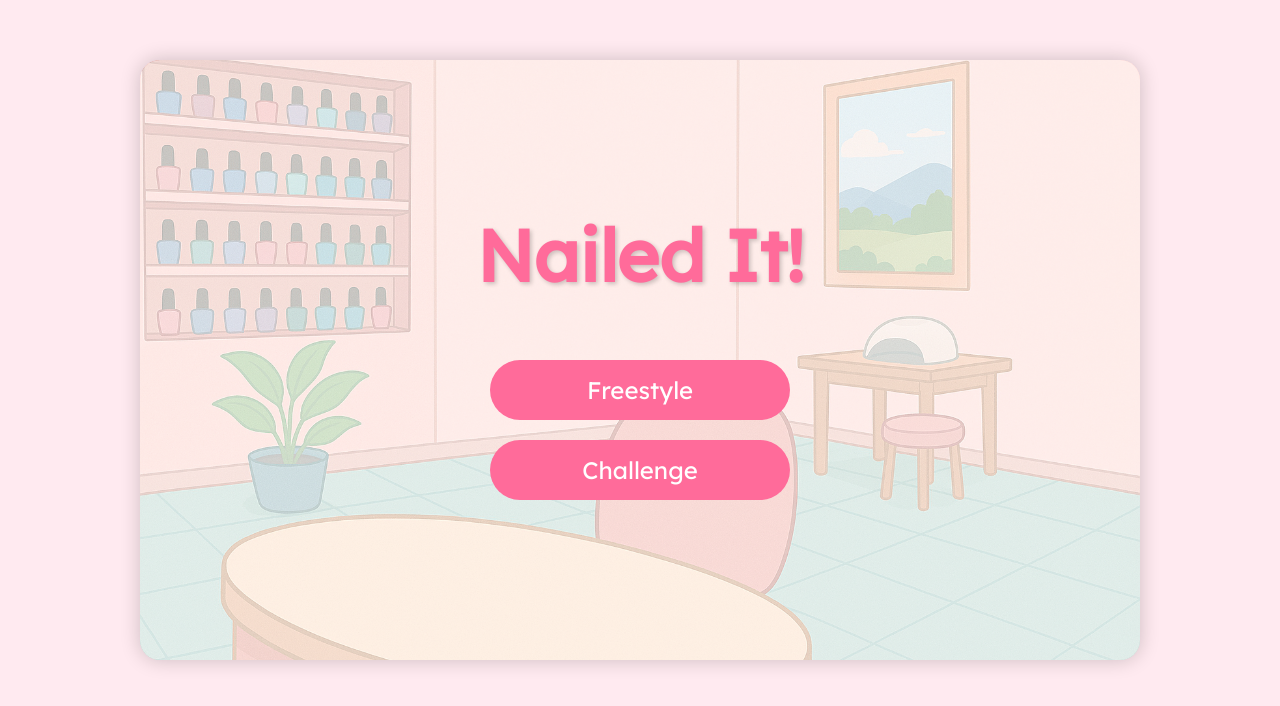
Repository: primcharlin/nailedit
Page: index.html
An editor plug-in stored every save of this project. The page is shown before and after the next save, followed by the edit.
The browser window is 1280 px wide. The pictures show the whole page.

Above is the page before, as saved 2025-04-24 21:11:19.

### index.html
<!DOCTYPE html>
<html lang="en">
    <head>
        <meta charset="UTF-8" />
        <meta
            name="viewport"
            content="width=device-width, initial-scale=1.0" />
        <title>Nail Salon Game</title>
        <link
            rel="stylesheet"
            href="styles.css" />
        <link
            href="https://fonts.googleapis.com/css2?family=Lexend&display=swap"
            rel="stylesheet" />
    </head>
    <body>
        <div id="game-container">
            <!-- Main Menu -->
            <div
                id="main-menu"
                class="menu">
                <h1>Nailed It!</h1>
                <button id="freestyle-button">Freestyle</button>
                <button id="challenge-button">Challenge</button>
            </div>

            <div
                id="character-selection"
                class="menu"
                style="display: none">
                <h1>Choose Your Character</h1>
                <div class="character-grid">
                    <div
                        class="character-option"
                        data-character="1">
                        <img
                            src="images/character1.png"
                            alt="Character 1" />
                        <p>Emma</p>
                    </div>
                    <div
                        class="character-option"
                        data-character="2">
                        <img
                            src="images/character2.png"
                            alt="Character 2" />
                        <p>Sophia</p>
                    </div>
                    <div
                        class="character-option"
                        data-character="3">
                        <img
                            src="images/character3.png"
                            alt="Character 3" />
                        <p>Olivia</p>
                    </div>
                </div>
                <button id="back-to-mode">Back</button>
            </div>

            <!-- Game Area -->
            <div
                id="game-area"
                class="game-area"
                style="display: none">
                <!-- Tools Panel will be created dynamically -->
                <div id="tools-panel"></div>

                <div id="hand">
                    <div
                        class="nail"
                        id="nail-1"></div>
                    <div
                        class="nail"
                        id="nail-2"></div>
                    <div
                        class="nail"
                        id="nail-3"></div>
                    <div
                        class="nail"
                        id="nail-4"></div>
                    <div
                        class="nail"
                        id="nail-5"></div>
                </div>

                <!-- Challenge Mode UI -->
                <div id="challenge-ui">
                    <h2>Reference Design</h2>
                    <div id="reference-image">
                        <div
                            class="reference-nail"
                            id="ref-nail-1"></div>
                        <div
                            class="reference-nail"
                            id="ref-nail-2"></div>
                        <div
                            class="reference-nail"
                            id="ref-nail-3"></div>
                        <div
                            class="reference-nail"
                            id="ref-nail-4"></div>
                        <div
                            class="reference-nail"
                            id="ref-nail-5"></div>
                    </div>
                    <div id="timer">60</div>
                </div>

                <!-- Controls -->
                <div id="controls">
                    <button
                        class="control-button"
                        id="reset-button">
                        Reset
                    </button>
                    <button
                        class="control-button"
                        id="back-button">
                        Main Menu
                    </button>
                    <button
                        class="control-button"
                        id="done-button">
                        Done
                    </button>
                </div>
            </div>

            <!-- Result Modal -->
            <div id="result-modal">
                <h2 id="result-title">Challenge Complete!</h2>
                <p id="result-message">You scored 85% match. Great job!</p>
                <div id="result-buttons">
                    <button
                        class="control-button"
                        id="try-again-button">
                        Try Again
                    </button>
                    <button
                        class="control-button"
                        id="menu-button">
                        Main Menu
                    </button>
                </div>
            </div>
        </div>

        <script src="script.js"></script>
    </body>
</html>

### styles.css
* {
    margin: 0;
    padding: 0;
    box-sizing: border-box;
    font-family: "Lexend", sans-serif;
}

body {
    background-color: #ffeaf0;
    display: flex;
    justify-content: center;
    align-items: center;
    min-height: 100vh;
    overflow: hidden;
}

h1 {
    font-family: "Lexend", sans-serif;
}

#game-container {
    width: 1000px;
    height: 600px;
    position: relative;
    background-image: url("img/background.png");
    background-size: cover;
    background-position: center;
    box-shadow: 0 0 20px rgba(0, 0, 0, 0.2);
    overflow: hidden;
    border-radius: 20px;
}

/* Main Menu */
#main-menu {
    position: absolute;
    width: 100%;
    height: 100%;
    display: flex;
    flex-direction: column;
    justify-content: center;
    align-items: center;
    background-color: rgba(255, 255, 255, 0.7);
    z-index: 100;
}

#main-menu h1 {
    font-size: 72px;
    color: #ff6b9a;
    margin-bottom: 50px;
    text-shadow: 2px 2px 4px rgba(0, 0, 0, 0.2);
}

#main-menu button {
    background-color: #ff6b9a;
    color: white;
    border: none;
    padding: 15px 30px;
    margin: 10px;
    font-size: 24px;
    border-radius: 30px;
    cursor: pointer;
    transition: all 0.3s ease;
    width: 300px;
}

#main-menu button:hover {
    background-color: #ff4d85;
    transform: scale(1.05);
}

/* Character Selection */
#character-selection {
    position: absolute;
    width: 100%;
    height: 100%;
    display: flex;
    flex-direction: column;
    justify-content: center;
    align-items: center;
    background-color: rgba(255, 234, 240, 0.8);
    z-index: 100;
}

#character-selection h1 {
    font-size: 48px;
    color: #ff6b9a;
    margin-bottom: 30px;
    text-shadow: 2px 2px 4px rgba(0, 0, 0, 0.2);
}

/* Game Area */
#game-area {
    display: none;
    width: 100%;
    height: 100%;
    position: relative;
}

/* Horizontal Tools Panel */
.horizontal-tools-panel {
    position: absolute;
    top: 20px;
    left: 50%;
    transform: translateX(-50%);
    width: 90%;
    background-color: white;
    border-radius: 20px;
    padding: 15px;
    box-shadow: 0 0 15px rgba(0, 0, 0, 0.1);
    z-index: 10;
}

.category-bar {
    display: flex;
    justify-content: space-between;
    align-items: center;
}

.category-button {
    display: flex;
    flex-direction: column;
    align-items: center;
    padding: 10px;
    border-radius: 10px;
    cursor: pointer;
    transition: all 0.2s ease;
}

.category-button:hover {
    background-color: #ffdee7;
}

.category-button.active {
    background-color: #ffb8cb;
}

.category-icon {
    margin-bottom: 5px;
}

.category-name {
    font-size: 14px;
    text-align: center;
}

.options-container {
    display: none;
    margin-top: 15px;
    padding-top: 15px;
    border-top: 1px solid #eee;
    justify-content: space-between;
}

.option-item {
    width: 60px;
    height: 60px;
    display: flex;
    align-items: center;
    justify-content: center;
    border-radius: 10px;
    cursor: pointer;
    transition: all 0.2s ease;
    margin: 0 5px;
}

.option-item:hover {
    transform: scale(1.1);
}

.option-item.selected {
    border: 3px solid #ff6b9a;
}

.color-preview {
    width: 45px;
    height: 45px;
    border-radius: 50%;
}

.deco-preview {
    width: 45px;
    height: 45px;
    background-size: contain;
    background-repeat: no-repeat;
    background-position: center;
}

/* Hand area */
#hand {
    position: absolute;
    bottom: 60px;
    left: 50%;
    transform: translateX(-50%);
    width: 600px;
    height: 300px;
    background-color: #ffebe7;
    border-radius: 200px 200px 0 0;
}

.nail {
    position: absolute;
    width: 60px;
    height: 90px;
    background-color: #ffdee7;
    border-radius: 30px 30px 0 0;
    cursor: pointer;
    z-index: 5;
    transition: all 0.2s ease;
}

.nail:hover {
    transform: translateY(-5px);
}

#nail-1 {
    bottom: 50px;
    left: 120px;
    transform: rotate(-15deg);
}
#nail-2 {
    bottom: 70px;
    left: 210px;
    transform: rotate(-7deg);
}
#nail-3 {
    bottom: 80px;
    left: 300px;
}
#nail-4 {
    bottom: 70px;
    left: 390px;
    transform: rotate(7deg);
}
#nail-5 {
    bottom: 50px;
    left: 480px;
    transform: rotate(15deg);
}

/* Decoration classes */
.glitter-gold {
    background-image: radial-gradient(circle, #ffdc73 10%, transparent 10%),
        radial-gradient(circle, #ffdc73 10%, transparent 10%);
    background-color: gold;
    background-size: 10px 10px;
    background-position: 0 0, 5px 5px;
}
.glitter-silver {
    background-image: radial-gradient(circle, #ffffff 10%, transparent 10%),
        radial-gradient(circle, #ffffff 10%, transparent 10%);
    background-color: silver;
    background-size: 10px 10px;
    background-position: 0 0, 5px 5px;
}
.glitter-rainbow {
    background-image: linear-gradient(
        45deg,
        red,
        orange,
        yellow,
        green,
        blue,
        indigo,
        violet
    );
}
.glitter-blue {
    background-image: radial-gradient(circle, #ffffff 10%, transparent 10%),
        radial-gradient(circle, #ffffff 10%, transparent 10%);
    background-color: #00ffff;
    background-size: 10px 10px;
    background-position: 0 0, 5px 5px;
}
.glitter-pink {
    background-image: radial-gradient(circle, #ffffff 10%, transparent 10%),
        radial-gradient(circle, #ffffff 10%, transparent 10%);
    background-color: #ff69b4;
    background-size: 10px 10px;
    background-position: 0 0, 5px 5px;
}

.pattern-stripes {
    background-image: repeating-linear-gradient(
        45deg,
        transparent,
        transparent 10px,
        #ff6b9a 10px,
        #ff6b9a 20px
    );
}
.pattern-dots {
    background-image: radial-gradient(circle, #ff6b9a 20%, transparent 20%),
        radial-gradient(circle, #ff6b9a 20%, transparent 20%);
    background-size: 20px 20px;
    background-position: 0 0, 10px 10px;
}
.pattern-zigzag {
    background-image: linear-gradient(135deg, #ff6b9a 25%, transparent 25%) 0 0,
        linear-gradient(225deg, #ff6b9a 25%, transparent 25%) 0 0,
        linear-gradient(315deg, #ff6b9a 25%, transparent 25%) 0 0,
        linear-gradient(45deg, #ff6b9a 25%, transparent 25%) 0 0;
    background-size: 20px 20px;
}
.pattern-leopard {
    background-image: radial-gradient(
        ellipse,
        #000000 0%,
        #000000 30%,
        transparent 30%
    );
    background-size: 30px 30px;
    background-repeat: repeat;
}
.pattern-marble {
    background-image: linear-gradient(
            to right,
            rgba(255, 255, 255, 0.1),
            rgba(255, 255, 255, 0.5)
        ),
        linear-gradient(120deg, rgba(0, 0, 0, 0.1), rgba(0, 0, 0, 0.3));
}

.sticker-heart:after {
    content: "❤";
    font-size: 40px;
    color: red;
    display: flex;
    justify-content: center;
    align-items: center;
    height: 100%;
}
.sticker-star:after {
    content: "★";
    font-size: 40px;
    color: gold;
    display: flex;
    justify-content: center;
    align-items: center;
    height: 100%;
}
.sticker-flower:after {
    content: "✿";
    font-size: 40px;
    color: #ff6b9a;
    display: flex;
    justify-content: center;
    align-items: center;
    height: 100%;
}
.sticker-butterfly:after {
    content: "🦋";
    font-size: 40px;
    display: flex;
    justify-content: center;
    align-items: center;
    height: 100%;
}
.sticker-diamond:after {
    content: "💎";
    font-size: 40px;
    display: flex;
    justify-content: center;
    align-items: center;
    height: 100%;
}

.gem-round:after {
    content: "";
    position: absolute;
    top: 50%;
    left: 50%;
    transform: translate(-50%, -50%);
    width: 20px;
    height: 20px;
    background-color: #00ffff;
    border-radius: 50%;
    box-shadow: 0 0 5px #00ffff, 0 0 10px #00ffff;
}
.gem-square:after {
    content: "";
    position: absolute;
    top: 50%;
    left: 50%;
    transform: translate(-50%, -50%);
    width: 20px;
    height: 20px;
    background-color: #ff00ff;
    box-shadow: 0 0 5px #ff00ff, 0 0 10px #ff00ff;
}
.gem-teardrop:after {
    content: "";
    position: absolute;
    top: 50%;
    left: 50%;
    transform: translate(-50%, -50%) rotate(45deg);
    width: 15px;
    height: 25px;
    background-color: #4169e1;
    border-radius: 50% 50% 50% 0;
    box-shadow: 0 0 5px #4169e1, 0 0 10px #4169e1;
}
.gem-heart:after {
    content: "❤";
    font-size: 25px;
    color: #ff0000;
    display: flex;
    justify-content: center;
    align-items: center;
    height: 100%;
    text-shadow: 0 0 5px #ff0000, 0 0 10px #ff0000;
}
.gem-star:after {
    content: "★";
    font-size: 25px;
    color: #ffd700;
    display: flex;
    justify-content: center;
    align-items: center;
    height: 100%;
    text-shadow: 0 0 5px #ffd700, 0 0 10px #ffd700;
}

/* Challenge Mode UI */
#challenge-ui {
    display: none;
    position: absolute;
    top: 100px;
    right: 20px;
    width: 200px;
    background-color: white;
    border-radius: 20px;
    padding: 20px;
    box-shadow: 0 0 15px rgba(0, 0, 0, 0.1);
}

#reference-image {
    width: 100%;
    height: 150px;
    background-color: #ffdee7;
    margin-bottom: 20px;
    border: 1px solid #ddd;
    border-radius: 10px;
    display: flex;
    justify-content: center;
    align-items: center;
}

#timer {
    font-size: 32px;
    text-align: center;
    margin-bottom: 20px;
    color: #ff6b9a;
}

/* UI Controls */
#controls {
    position: absolute;
    bottom: 20px;
    left: 50%;
    transform: translateX(-50%);
    display: flex;
    gap: 20px;
}

.control-button {
    background-color: #ff6b9a;
    color: white;
    border: none;
    padding: 10px 20px;
    font-size: 18px;
    border-radius: 20px;
    cursor: pointer;
    transition: all 0.3s ease;
}

.control-button:hover {
    background-color: #ff4d85;
}

/* Modal for results */
#result-modal {
    display: none;
    position: absolute;
    top: 50%;
    left: 50%;
    transform: translate(-50%, -50%);
    width: 400px;
    background-color: white;
    border-radius: 20px;
    padding: 30px;
    box-shadow: 0 0 30px rgba(0, 0, 0, 0.3);
    text-align: center;
    z-index: 200;
}

#result-title {
    font-size: 36px;
    margin-bottom: 20px;
    color: #ff6b9a;
}

#result-message {
    font-size: 20px;
    margin-bottom: 30px;
}

#result-buttons {
    display: flex;
    justify-content: center;
    gap: 20px;
}

/* Reference nails for challenge mode */
.reference-nail {
    width: 25px;
    height: 40px;
    background-color: #ffdee7;
    border-radius: 15px 15px 0 0;
    display: inline-block;
    margin: 0 3px;
}

.character-grid {
    display: grid;
    grid-template-columns: repeat(3, 1fr);
    gap: 20px;
    margin: 20px 0;
}

.character-option {
    display: flex;
    flex-direction: column;
    align-items: center;
    padding: 15px;
    border: 2px solid #ff6b9a;
    border-radius: 10px;
    cursor: pointer;
    transition: transform 0.2s, box-shadow 0.2s;
}

.character-option:hover {
    transform: scale(1.05);
    box-shadow: 0 0 15px rgba(255, 107, 154, 0.3);
}

.character-option img {
    width: 120px;
    height: 120px;
    object-fit: cover;
    border-radius: 50%;
    margin-bottom: 10px;
}

.character-option p {
    margin: 0;
    font-size: 1.2em;
    color: #333;
}

#back-to-mode {
    margin-top: 20px;
    padding: 10px 20px;
    background-color: #ff6b9a;
    color: white;
    border: none;
    border-radius: 5px;
    cursor: pointer;
    font-size: 1em;
    transition: background-color 0.2s;
}

#back-to-mode:hover {
    background-color: #ff4d8a;
}

Loaded but not shown: script.js (695 lines, source omitted)

After the next save:
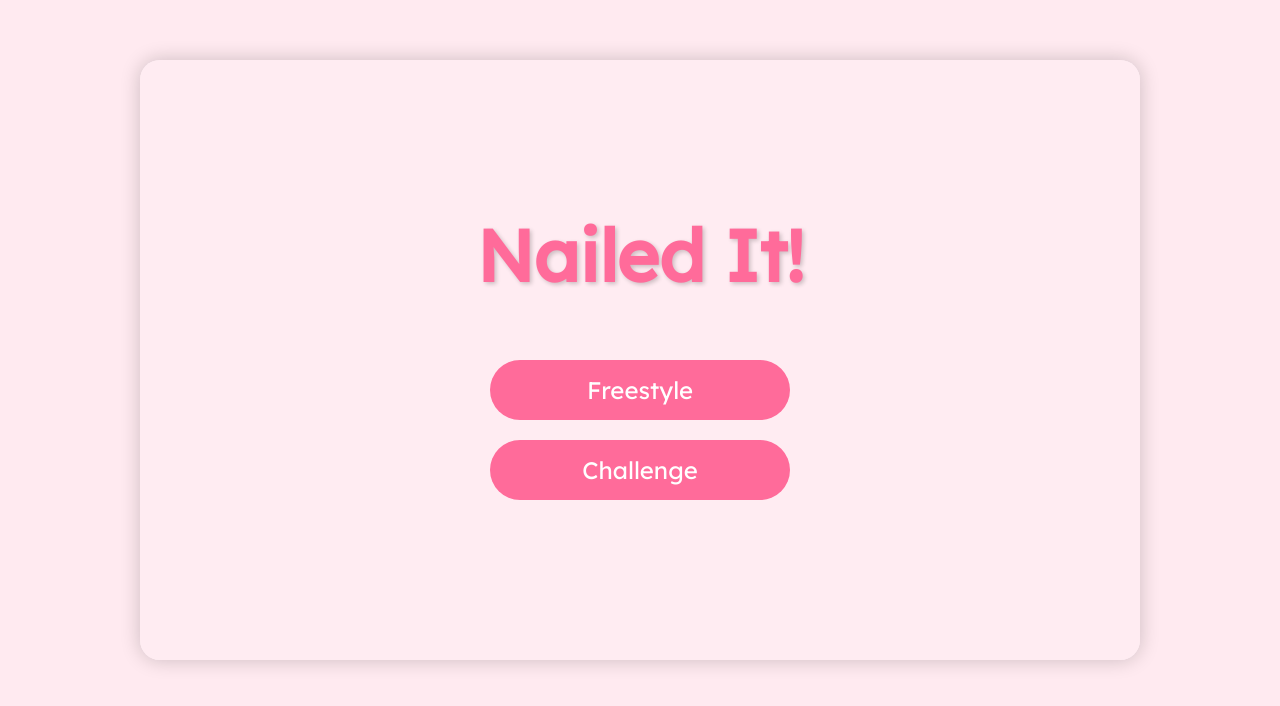
Saved 5 min 32 s later.
--- a/styles.css
+++ b/styles.css
@@ -22,9 +22,8 @@ h1 {
     width: 1000px;
     height: 600px;
     position: relative;
-    background-image: url("img/background.png");
+    background-color: #fff6f9;
     background-size: cover;
-    background-position: center;
     box-shadow: 0 0 20px rgba(0, 0, 0, 0.2);
     overflow: hidden;
     border-radius: 20px;
@@ -39,7 +38,7 @@ h1 {
     flex-direction: column;
     justify-content: center;
     align-items: center;
-    background-color: rgba(255, 255, 255, 0.7);
+    background-color: rgba(255, 234, 240, 0.8);
     z-index: 100;
 }
 
